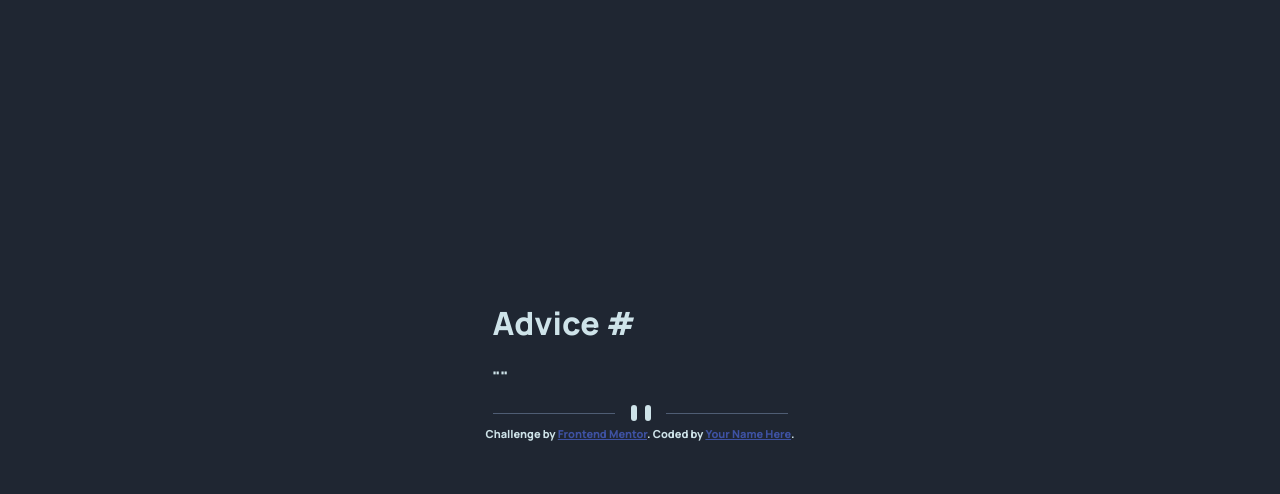
Repository: blordeus/advice-generator-app-main
Page: index.html
The author's editor kept a copy of each file at every save. The page is drawn from the files as they stood at one save, then again after a run of saves.
The browser window is 1280 px wide. The pictures show the whole page.

Above is the page before, as saved 2023-08-22 22:09:51.

After the next 7 saves:
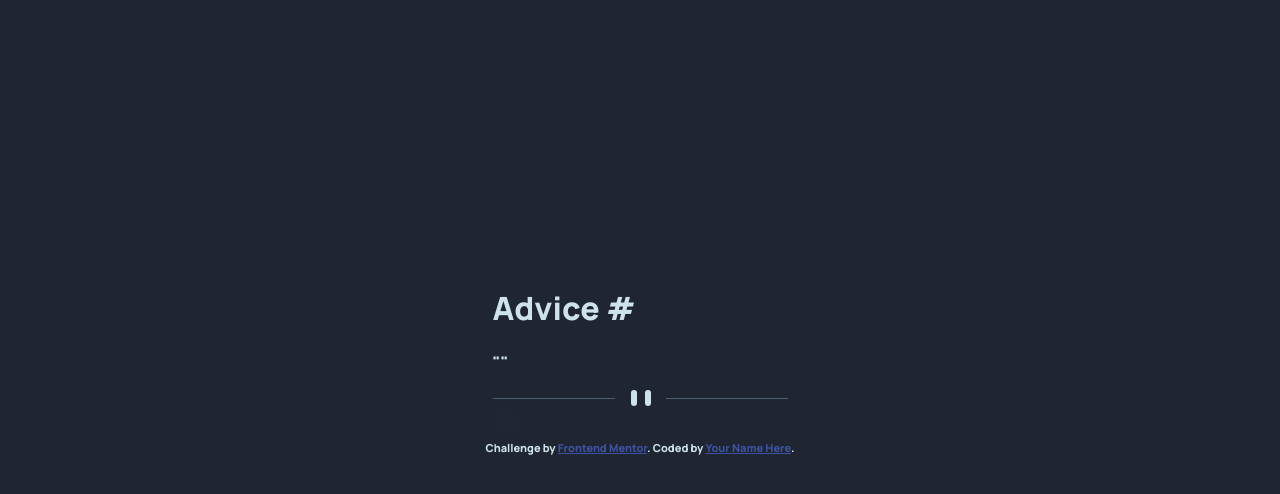
The 7 saves are shown as one change because they came seconds apart.
The last was saved 15 s later.
--- a/index.html
+++ b/index.html
@@ -27,7 +27,9 @@
   <img class = "adviceImage" alt="" />
 </picture>
 
-
+<div>
+  <img src="./images/icon-dice.svg" alt="dice">
+</div>
 
   </main>
   <div class="attribution">
